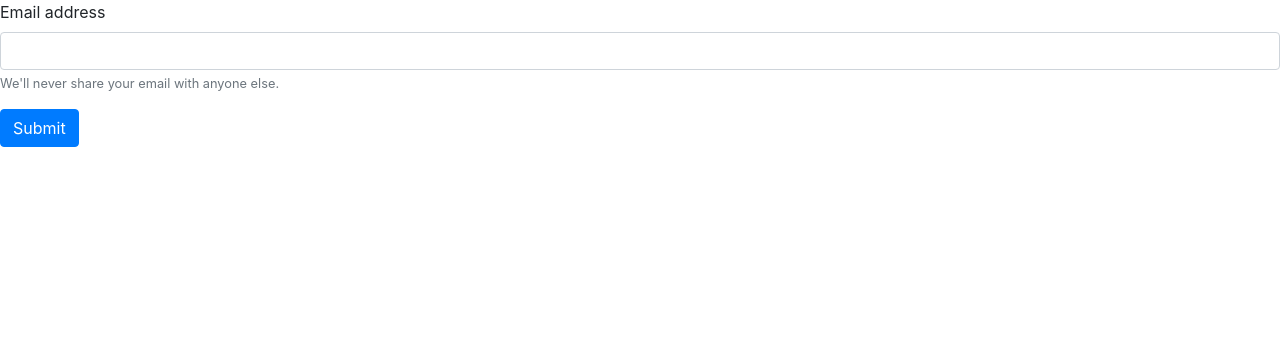
Repository: DhananjayaLakshan/PHP_CRUD_OOP1
Page: http://localhost/signup.php
An editor plug-in stored every save of this project. The page is shown before and after the next save, followed by the edit.
The browser window is 1280 px wide. The pictures show the whole page.
The page is run by PHP 8.4 with error messages shown; the project is at /var/www/html/.

Above is the page before, as saved 2023-11-30 12:08:38.

### signup.php
<!DOCTYPE html>
<html lang="en">

<head>
    <meta charset="UTF-8">
    <meta name="viewport" content="width=device-width, initial-scale=1.0">
    <title>SIGNUP</title>

    <link rel="stylesheet" href="https://cdn.jsdelivr.net/npm/bootstrap@4.5.3/dist/css/bootstrap.min.css" integrity="sha384-TX8t27EcRE3e/ihU7zmQxVncDAy5uIKz4rEkgIXeMed4M0jlfIDPvg6uqKI2xXr2" crossorigin="anonymous">
    <link rel="stylesheet" href="style.css">
    <script src="script.js"></script>
</head>

<body>

    <form action="" method="post">
        <div class="form-group">
            <label for="exampleInputEmail1">Email address</label>
            <input type="email" class="form-control" id="exampleInputEmail1" aria-describedby="emailHelp">
            <small id="emailHelp" class="form-text text-muted">We'll never share your email with anyone else.</small>
        </div>

        <button type="submit" class="btn btn-primary">Submit</button>
    </form>









    <script src="https://code.jquery.com/jquery-3.5.1.slim.min.js" integrity="sha384-DfXdz2htPH0lsSSs5nCTpuj/zy4C+OGpamoFVy38MVBnE+IbbVYUew+OrCXaRkfj" crossorigin="anonymous"></script>
    <script src="https://cdn.jsdelivr.net/npm/bootstrap@4.5.3/dist/js/bootstrap.bundle.min.js" integrity="sha384-ho+j7jyWK8fNQe+A12Hb8AhRq26LrZ/JpcUGGOn+Y7RsweNrtN/tE3MoK7ZeZDyx" crossorigin="anonymous"></script>
</body>

</html>

### style.css
.addButton {
    padding: 5px 25px;
    margin: 10px;

}

.table{
    margin: 10px !important;
    width: 85%;

}

Loaded but not shown: script.js (no stored copy; drawn as an empty file)

After the next save:
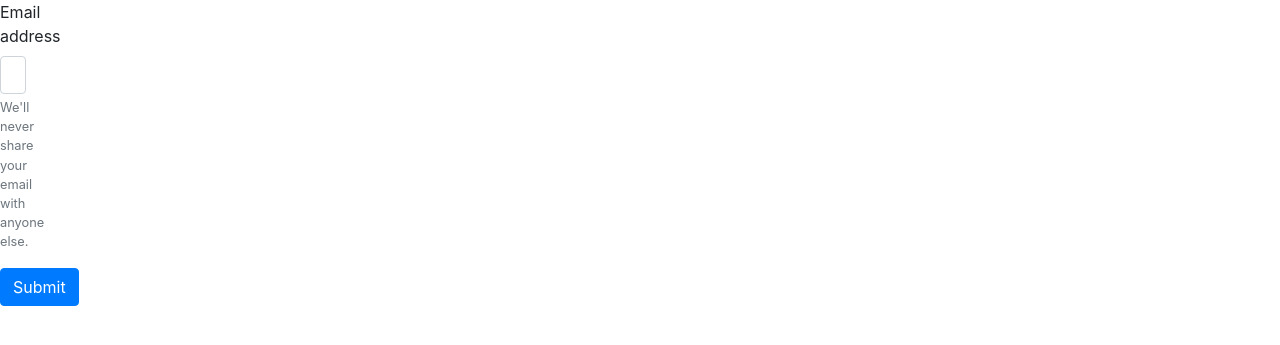
Saved 19 s later.
--- a/signup.php
+++ b/signup.php
@@ -13,7 +13,7 @@
 
 <body>
 
-    <form action="" method="post">
+    <form action="" method="post" style="width: 25px;">
         <div class="form-group">
             <label for="exampleInputEmail1">Email address</label>
             <input type="email" class="form-control" id="exampleInputEmail1" aria-describedby="emailHelp">
